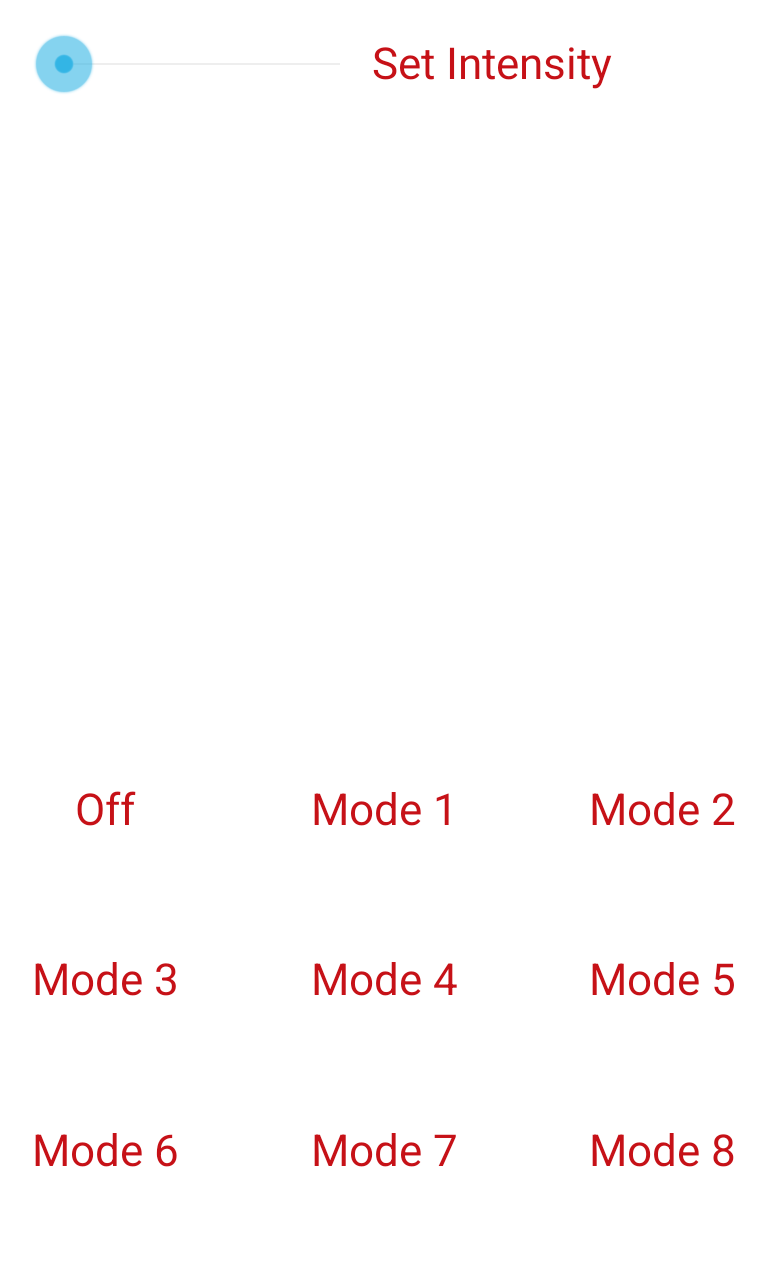
Repository: DigitasLabsParis/UnicornHorn
Layout: AndroidApp/UnicHorn/res/layout/activity_main.xml
An editor plug-in stored every save of this project. The layout is shown before and after the next save, followed by the edit.
It is drawn on a 768 x 1280 px phone screen (xhdpi) without system bars, with theme AppTheme; the app's code is not run.

Above is the layout before, as saved 2015-01-06 15:39:21.

### AndroidApp/UnicHorn/res/layout/activity_main.xml
<RelativeLayout xmlns:android="http://schemas.android.com/apk/res/android"
    xmlns:tools="http://schemas.android.com/tools"
    android:layout_width="match_parent"
    android:layout_height="match_parent"
    android:paddingBottom="@dimen/activity_vertical_margin"
    android:paddingLeft="@dimen/activity_horizontal_margin"
    android:paddingRight="@dimen/activity_horizontal_margin"
    android:paddingTop="@dimen/activity_vertical_margin"
    tools:context="com.digitaslabsparis.unichorn.MainActivity" >

    <GridLayout
        android:layout_width="fill_parent"
        android:layout_height="200dp"
        android:layout_alignParentTop="true"
        android:columnCount="2"
    	android:rowCount="1" >

        <SeekBar
            android:id="@+id/seekBar1"
            android:layout_width="170dp"
            android:layout_column="0"
            android:layout_row="0" />

         <TextView
             android:id="@+id/textView0"
             android:layout_column="1"
             android:layout_gravity="left|top"
             android:layout_row="0"
             android:gravity="center"
             android:text="Set Intensity"
             android:textAppearance="?android:attr/textAppearanceLarge"
             android:textColor="#C61117" />

    </GridLayout>

    <GridLayout
        android:layout_width="fill_parent"
        android:layout_height="200dp"
        android:layout_alignParentBottom="true"
        android:layout_centerHorizontal="true"
        android:layout_marginBottom="35dp"
        android:columnCount="3"
        android:rowCount="3" >

        <TextView
            android:id="@+id/textView1"
            android:layout_column="0"
            android:layout_gravity="fill"
            android:layout_row="0"
            android:gravity="center"
            android:text="Off"
            android:textAppearance="?android:attr/textAppearanceLarge"
            android:textColor="#C61117" />

        <TextView
            android:id="@+id/textView2"
            android:layout_column="1"
            android:layout_gravity="fill"
            android:layout_row="0"
            android:gravity="center"
            android:text="Mode 1"
            android:textAppearance="?android:attr/textAppearanceLarge"
            android:textColor="#C61117" />

        <TextView
            android:id="@+id/textView3"
            android:layout_column="2"
            android:layout_gravity="fill"
            android:layout_row="0"
            android:gravity="center"
            android:text="Mode 2"
            android:textAppearance="?android:attr/textAppearanceLarge"
            android:textColor="#C61117" />

        <TextView
            android:id="@+id/textView4"
            android:layout_column="0"
            android:layout_gravity="fill"
            android:layout_row="1"
            android:gravity="center"
            android:text="Mode 3"
            android:textAppearance="?android:attr/textAppearanceLarge"
            android:textColor="#C61117" />

        <TextView
            android:id="@+id/textView5"
            android:layout_column="1"
            android:layout_gravity="fill"
            android:layout_row="1"
            android:gravity="center"
            android:text="Mode 4"
            android:textAppearance="?android:attr/textAppearanceLarge"
            android:textColor="#C61117" />

        <TextView
            android:id="@+id/textView6"
            android:layout_column="2"
            android:layout_gravity="fill"
            android:layout_row="1"
            android:gravity="center"
            android:text="Mode 5"
            android:textAppearance="?android:attr/textAppearanceLarge"
            android:textColor="#C61117" />

        <TextView
            android:id="@+id/textView7"
            android:layout_column="0"
            android:layout_gravity="fill"
            android:layout_row="2"
            android:gravity="center"
            android:text="Mode 6"
            android:textAppearance="?android:attr/textAppearanceLarge"
            android:textColor="#C61117" />

        <TextView
            android:id="@+id/textView8"
            android:layout_column="1"
            android:layout_gravity="fill"
            android:layout_row="2"
            android:gravity="center"
            android:text="Mode 7"
            android:textAppearance="?android:attr/textAppearanceLarge"
            android:textColor="#C61117" />

        <TextView
            android:id="@+id/textView9"
            android:layout_column="2"
            android:layout_row="2"
            android:gravity="center"
            android:text="Mode 8"
            android:textAppearance="?android:attr/textAppearanceLarge"
            android:textColor="#C61117" />
    </GridLayout>

</RelativeLayout>

### AndroidApp/UnicHorn/res/values/styles.xml
<resources>

    <!--
        Base application theme, dependent on API level. This theme is replaced
        by AppBaseTheme from res/values-vXX/styles.xml on newer devices.
    -->
    <style name="AppBaseTheme" parent="android:Theme.Holo.Light.NoActionBar">
        <!--
            Theme customizations available in newer API levels can go in
            res/values-vXX/styles.xml, while customizations related to
            backward-compatibility can go here.
        -->
    </style>

    <!-- Application theme. -->
    <style name="AppTheme" parent="AppBaseTheme">
        <!-- All customizations that are NOT specific to a particular API-level can go here. -->

    </style>

</resources>

### AndroidApp/UnicHorn/res/values/dimens.xml
<resources>

    <!-- Default screen margins, per the Android Design guidelines. -->
    <dimen name="activity_horizontal_margin">16dp</dimen>
    <dimen name="activity_vertical_margin">16dp</dimen>
	<dimen name="bluetooth_spp_text_size">18sp</dimen>
    <dimen name="bluetooth_spp_padding">5dp</dimen>
</resources>

After the next save:
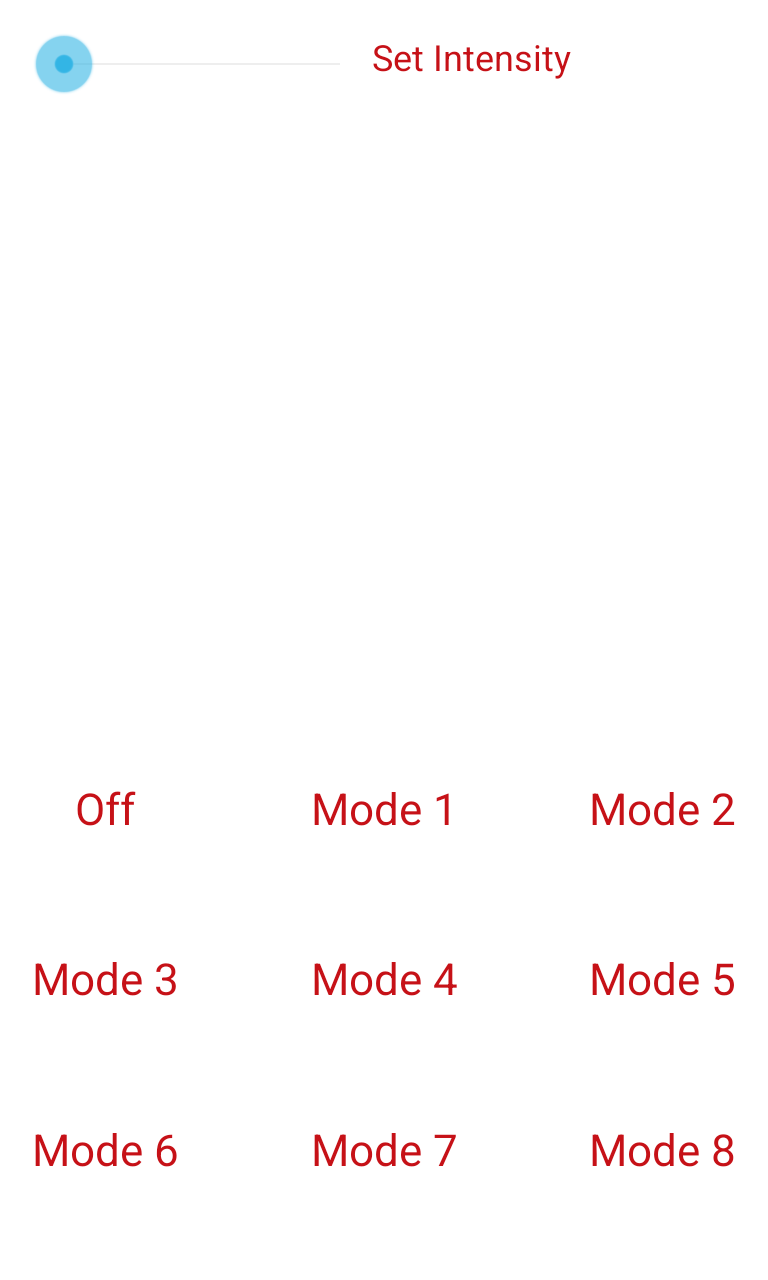
Saved 16 s later.
--- a/AndroidApp/UnicHorn/res/layout/activity_main.xml
+++ b/AndroidApp/UnicHorn/res/layout/activity_main.xml
@@ -28,7 +28,7 @@
              android:layout_row="0"
              android:gravity="center"
              android:text="Set Intensity"
-             android:textAppearance="?android:attr/textAppearanceLarge"
+             android:textAppearance="?android:attr/textAppearanceMedium"
              android:textColor="#C61117" />
 
     </GridLayout>
